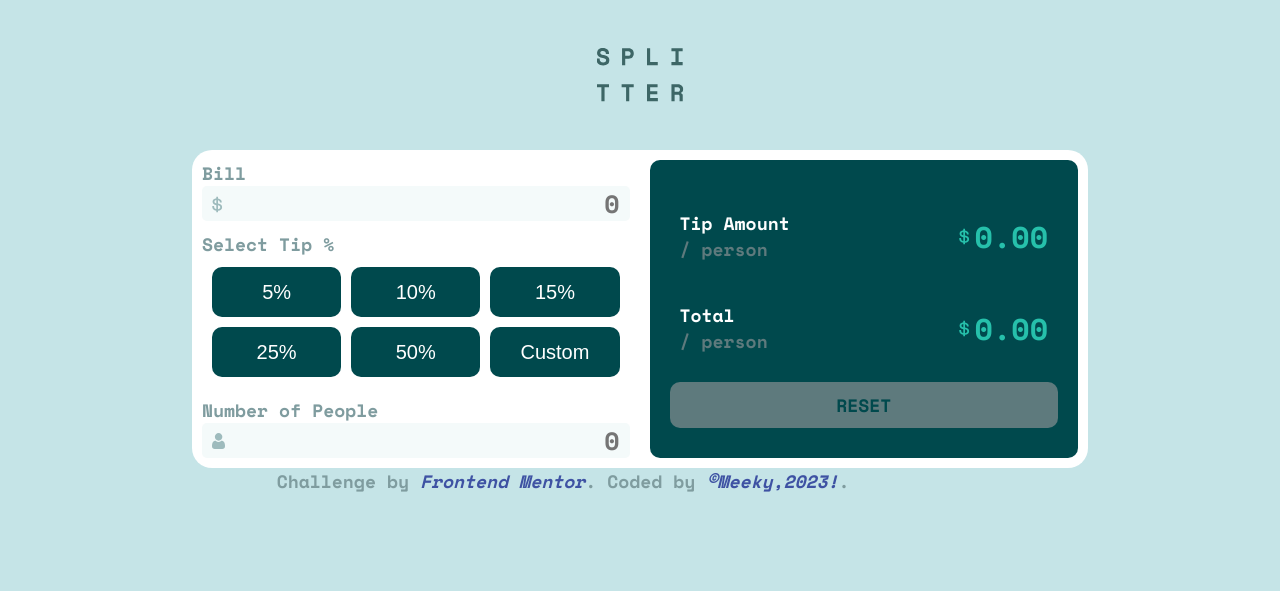
Repository: MeekyBerry/Frontend-Mentor-Challenges
Page: tip-calculator-app/index.html
The author's editor kept a copy of each file at every save. The page is drawn from the files as they stood at one save, then again after the next save.
The browser window is 1280 px wide. The pictures show the whole page.

Above is the page before, as saved 2023-04-05 17:02:36.

After the next save:
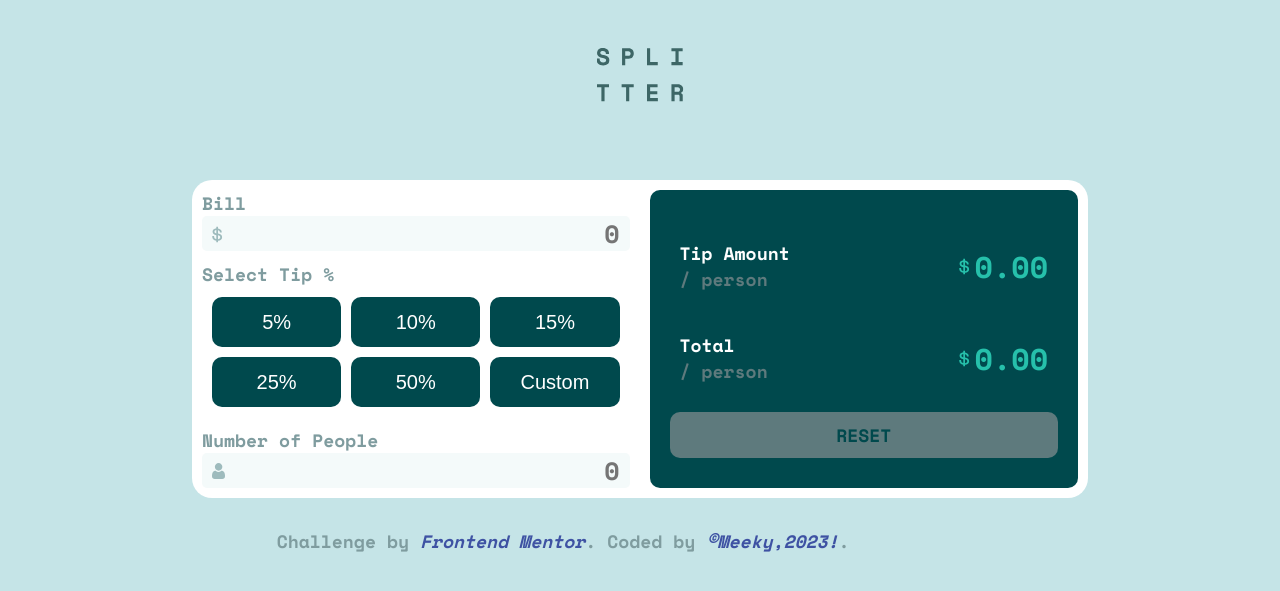
Saved 9 s later.
--- a/tip-calculator-app/css/style.css
+++ b/tip-calculator-app/css/style.css
@@ -262,7 +262,7 @@ p {
   .background {
     width: 70%;
     height: 70%;
-    /* margin: 3rem auto; */
+    margin: 3rem auto;
     flex-direction: row;
     gap: 2rem;
     padding: 1rem;
